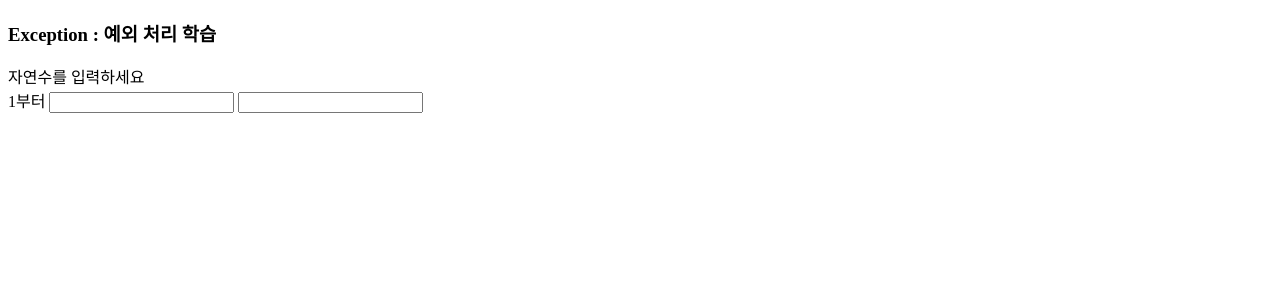
Repository: papepopopy/javascript
Page: http://localhost/webjsp/ex02/addException.jsp
An editor plug-in stored every save of this project. The page is shown before and after the next save, followed by the edit.
The browser window is 1280 px wide. The pictures show the whole page.
The page is served by Tomcat 9. Nobody is signed in. The application's start-up code is not run. Other server files are loaded and not shown.

Above is the page before, as saved 2024-07-04 06:21:50.

### jspStudy/jspStudy/webjsp/src/main/webapp/ex02/addException.jsp
<%@ page language="java" contentType="text/html; charset=UTF-8"
    pageEncoding="UTF-8"%>
<!DOCTYPE html>
<html>
<head>
<meta charset="UTF-8">
<title>Exception : 예외 처리 학습</title>
</head>
<body>
	<h3>Exception : 예외 처리 학습</h3>

	<form>
		자연수를 입력하세요<br>
		1부터
		<input type="text" name="num" />
		<input type="text" name="num" />
	</form>
</body>
</html>

After the next save:
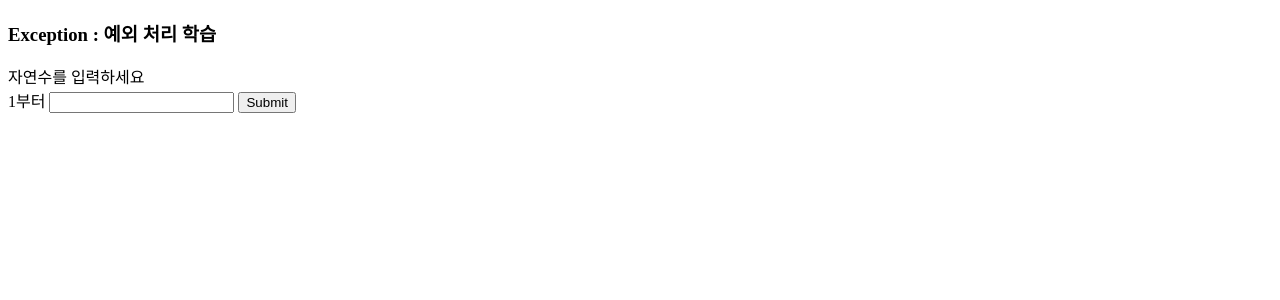
Saved 6 s later.
--- a/jspStudy/jspStudy/webjsp/src/main/webapp/ex02/addException.jsp
+++ b/jspStudy/jspStudy/webjsp/src/main/webapp/ex02/addException.jsp
@@ -13,7 +13,7 @@
 		자연수를 입력하세요<br>
 		1부터
 		<input type="text" name="num" />
-		<input type="text" name="num" />
+		<input type="submit" name="num" />
 	</form>
 </body>
 </html>
